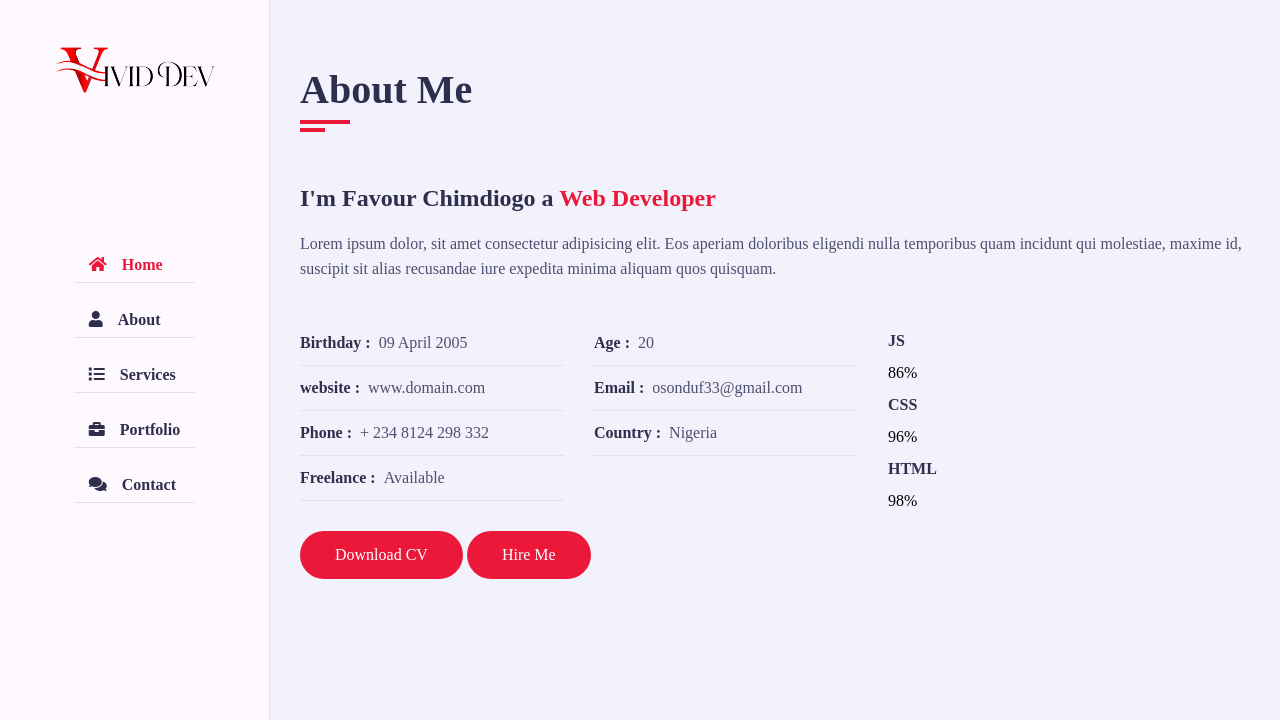
Repository: Big-Fave1/vivid-dev-portfolio
Page: build/index.html
An editor plug-in stored every save of this project. The page is shown before and after the next save, followed by the edit.
The browser window is 1280 px wide. The pictures show the whole page.
Some web fonts or font styles are not loaded; a fallback is used.

Above is the page before, as saved 2025-05-30 14:25:02.

### build/index.html
<!DOCTYPE html>
<html lang="en">
<head>
    <meta charset="UTF-8">
    <meta name="viewport" content="width=device-width, initial-scale=1.0">
    <title>Vivid Dev Portfolio</title>
    <link rel="stylesheet" href="css/style.css">
    <link rel="stylesheet" href="css/color-1.css">
    <link rel="stylesheet" href="https://cdnjs.cloudflare.com/ajax/libs/font-awesome/5.15.4/css/all.min.css">
</head>
<body>
    <!--- ==== main container Start==== -->
    <div class="main-container"></div>
    <!--- ==== Aside Start === -->
    <div class="aside">
        <div class="logo">
        <a href="#"><img src="img/vivid 3.png" alt=""></a>
        </div>
        <div class="nav-toggler">
            <i class="fa fa-bars" aria-hidden="true"></i>
        </div>
        <ul class="nav">
            <li><a href="#" class="active"><i class="fa fa-home"></i>Home</a></li>
            <li><a href="#"><i class="fa fa-user"></i>About</a></li>
            <li><a href="#"><i class="fa fa-list"></i>Services</a></li>
            <li><a href="#"><i class="fa fa-briefcase"></i>Portfolio</a></li>
            <li><a href="#"><i class="fa fa-comments"></i>Contact</a></li>
        </ul>
    </div>
    <!--- ==== Aside End === -->
    <!--- ==== Main content Start === -->
    <div class="main-content">
        <!--- === Home Section Start === -->
        <section class="home section hidden">
            <div class="container">
                <div class="row">
                    <div class="home-info padd-15">
                        <h3 class="hello">Hello, my name is <span class="name">Favour Chimdiogo</span></h3>
                        <h3 class="my-profession">I'm a <Span class="typing">Web Developer</Span></h3>
                        <p>I'm a web designer with extensive experience for over a year.My expertise is to create a website design, and many more...</p>
                    <a href="#contact" class="btn hire-me">Hire Me</a>
                    </div>
                    <div class="home-img padd-15">
                        <img src="img/home image.jpg" alt="">
                    </div>
                </div>
            </div>
        </section>
    <!--- === Home Section End === -->
    <!--- === About  Section Start === -->
        <section class="about section">
            <div class="container">
                <div class="row">
                    <div class="section-title padd-15">
                        <h2>About Me</h2>
                    </div>
                </div>
                <div class="row">
                    <div class="about-content padd-15">
                        <div class="row">
                            <div class="about-text padd-15">
                                <h3>I'm Favour Chimdiogo a <span>Web Developer</span></h3>
                                <p>Lorem ipsum dolor, sit amet consectetur adipisicing elit. Eos aperiam doloribus eligendi nulla temporibus quam incidunt qui molestiae, maxime id, suscipit sit alias recusandae iure expedita minima aliquam quos quisquam.</p>
                            </div>
                        </div>
                        <div class="row">
                            <div class="personal-info padd-15">
                                <div class="row">
                                    <div class="info-item padd-15">
                                        <p>Birthday : <span>09 April 2005</span></p>
                                    </div>
                                    <div class="info-item padd-15">
                                        <p>Age : <span>20</span></p>
                                    </div>
                                    <div class="info-item padd-15">
                                        <p>website : <span>www.domain.com</span></p>
                                    </div>
                                    <div class="info-item padd-15">
                                        <p>Email : <span>osonduf33@gmail.com</span></p>
                                    </div>
                                    <div class="info-item padd-15">
                                        <p>Phone : <span>+ 234 8124 298 332</span></p>
                                    </div>
                                    <div class="info-item padd-15">
                                        <p>Country : <span>Nigeria</span></p>
                                    </div>
                                    <div class="info-item padd-15">
                                        <p>Freelance : <span>Available</span></p>
                                    </div>
                                </div>
                                <div class="row">
                                    <div class="buttons padd-15">
                                        <a href="#" class="btn">Download CV</a>
                                        <a href="#contact" class="btn hire-me padd-15">Hire Me</a>
                                    </div>
                                </div>
                            </div>
                            <div class="skills padd-15">
                                <div class="row">
                                    <div class="skill-item  padd-15">
                                        <h5>JS</h5>
                                        <div class="progress">
                                            <div class="progress-in" style="width: 86%;"></div>
                                            <div class="skill-percent">86%</div>
                                        </div>
                                    </div>
                                    <div class="skill-item  padd-15">
                                        <h5>CSS</h5>
                                        <div class="progress">
                                            <div class="progress-in" style="width: 96%;"></div>
                                            <div class="skill-percent">96%</div>
                                        </div>
                                    </div>
                                    <div class="skill-item  padd-15">
                                        <h5>HTML</h5>
                                        <div class="progress">
                                            <div class="progress-in" style="width: 98%;"></div>
                                            <div class="skill-percent">98%</div>
                                        </div>
                                    </div>
                                </div>
                            </div>
                        </div>
                    </div>
                </div>
            </div>
        </section>
    <!--- === About  Section End === -->
    </div>
    <!--- ==== Main content End === -->
    <!--- ====main container End === -->
</body>
</html>

### build/css/style.css

@import url('https://fonts.googleapis.com/css2?family=Clicker+Script&family=Poppins:ital,wght@0,100;0,200;0,300;0,400;0,500;0,600;0,700;0,800;0,900;1,100;1,200;1,300;1,400;1,500;1,600;1,700;1,800;1,900&display=swap');


:root
{
    --bg-black-900:#f2f2fc;
    --bg-black-100:#fdf9ff;
    --bg-black-50:#e8dfec;
    --text-black-900:#302e4d;
    --text-black-700:#504e70;

}

body
{
    line-height:1.5;
    font-size:16px;
    font-family: 'Poppins'sans-serif;
}

*
{
    margin: 0;
    padding: 0;
    outline:none;
    text-decoration:none;
    text-decoration:none;
    box-sizing: border-box;
}
::before, ::after
{
    box-sizing:border-box;
}
ul
{
    list-style: none;
}
.section
{
    background:var(--bg-black-900);
    min-height: 100vh;
    display: block;
    padding: 0 30px;
    opacity: 1;
}
.hidden
{
    display: none !important;
}
.main-content
{
    padding-left: 270px;
}
.padd-15
{
    padding-left: 15px;
    padding-right: 15px;
}
.container{
    max-width: 1100px;
    width: 100%;
    margin: auto;
}
.section .container
{
    padding-top: 60px;
    padding-bottom: 70px;

}
.section-title
{
    flex: 0 0 100%;
    max-width: 100%;
    margin-bottom: 60px;

}
.section-title h2
{
    font-size: 40px;
    color: var(--text-black-900);
    font-weight: 700;
    position: relative;
}
.section-title h2::before
{
   content: '';
   height: 4px;
   width: 50px;
   background-color: var(--skin-color);
   position: absolute;
   top: 100%;
   left: 0;
}
.section-title h2::after
{
   content: '';
   height: 4px;
   width: 25px;
   background-color: var(--skin-color);
   position: absolute;
   top: 100%;
   left: 0;
   margin-top:8px;
}
.row
{
    display: flex;
    flex-wrap: wrap;
    margin-left: -15px;
    margin-right: -15px;
    position: relative;
}
.btn
{
    font-size: 16px;
    font-weight: 500;
    padding: 12px 35px;
    background: var(--skin-color);
    color: white;
    border: none;
    display: inline-block;
    white-space: nowrap;
    transition: all 0.3s ease;
    border-radius:40px;
}
.btn:hover
{
    transform: scale(1.05);
}
/* aside */
.aside
{
width: 270px;
background:var(--bg-black-100);
position: fixed;
left: 0;
top: 0;
padding: 30px;
height: 100%;
border-right:1px solid var(--bg-black-50);
z-index: 10;
display: flex;
justify-content: center;
align-items: center;
}
.aside .logo
{
    position: absolute;
    top: -30px;
    ;
}
.aside .logo a
{
    color: var(--bg-black-900);
    font-weight: 700;
    padding: 15px 20px;
    font-size: 30px;
    position: relative;
}
/*.aside .logo a span
.aside .logo a:before
{
    content:'';
    position: absolute;
    width: 20px;
    height: 20px;
    border-bottom: 5px solid var(--skin-color);
    border-left: 5px solid var(--skin-color);
    bottom: 0;
    left: 0;

}
.aside .logo a:after
{
    content:'';
    position: absolute;
    width: 20px;
    height: 20px;
    border-top: 5px solid var(--skin-color);
    border-right: 5px solid var(--skin-color);
    top: 0;
    right: 0;

}
    */
.aside .nav-toggler
{
    height: 40px;
    width: 45px;
    border: 1px solid var(--bg-black-50);
    cursor: pointer;
    position: fixed;
    left: 300px;
    top: 20px;
    color: var(--skin-color);
    border-radius: 5px;
    background:var(--bg-black-100);
    display: none;
    align-items:center;
    justify-content: center;
}
.aside .nav
{
    margin-top: 50px;
}
.aside .nav li
{
    margin-bottom: 20px;
    display: block;
}
.aside .nav li a
{
    font-size: 16px;
    font-weight: 600;
    display: block;
    border-bottom:1px solid var(--bg-black-50);
    color:var(--text-black-900);
    padding: 5px 15px;
}
.aside .nav li a.active
{
    color:var(--skin-color);
}
.aside .nav li a i
{
    margin-right: 15px;

}
/* home*/
.home
{
    min-height: 100vh;
    display: flex;
    color: var(--text-black-900);

}
.home-info
{
    flex: 0 60%;
    max-width: 60%;
}
h3.hello
{
    font-size: 28px;
    margin: 15PX 0;
}
h3.hello span
{
    font-family: 'clicker script', cursive;
    font-size: 30px;
    font-weight: 700;
    color:var(--skin-color);
}
h3.my-profession
{
    font-size:30px;
    margin: 15px 0;
}
.typing
{
    color: var(--skin-color);
}
.home-info p
{
    margin-bottom: 70px;
    font-size: 20px;
    color: var(--text-black-700);
}
.home .home-img
{
    flex: 0 0 40%;
    max-width: 40%;
    text-align: center;
    position: relative;
}
.home-img::after
{
    content: '';
    position: absolute;
    height: 80px;
    width: 80px;
    right: 20px;
    bottom: -40px;
    border-bottom: 10px solid var(--skin-color);
    border-right: 10px solid var(--skin-color);
}
.home-img::before
{
    content: '';
    position: absolute;
    height: 80px;
    width: 80px;
    left: -20px;
    top: -40px;
    border-top: 10px solid var(--skin-color);
    border-left: 10px solid var(--skin-color);
}
.home .home-img img
{
    margin: auto;
    border-radius:5px;
    height: 400px;
}
/* About */
.about .about-content
{
    flex: 0 0 100%;
    max-width: 100%;
}
.about .about-content .about-text
{
    flex: 0 0 100%;
    max-width: 100%;
}
.about .about-content .about-text h3
{
    font-size: 24px;
    margin-bottom: 15px;
    font-weight: 700;
    color:var(--text-black-900);
}
.about .about-content .about-text h3 span
{
    color:var(--skin-color);
}
.about .about-content .about-text p
{
    font-size:16px;
    line-height: 25px;
    color: var(--text-black-700);
}
.about .about-content .personal-info
{
    flex: 0 0 60%;
    max-width: 60%;
    margin-top: 40px;
}
.about .about-content .personal-info .info-item p
{
    font-weight: 600;
    padding: 10px 0;
    font-size: 16px;
    color: var(--text-black-900);
    border-bottom: 1px solid var(--bg-black-50);
}
.about .about-content .personal-info .info-item p span
{
    font-weight: 400;
    color: var(--text-black-700);
    margin-left: 4px;
    display: inline-block;
}
.about .about-content .personal-info .info-item
{
    flex: 0 0 50%;
    max-width: 50%;
}
.about .about-content .personal-info .buttons
{
    margin-top: 30px;

}
.about .about-content .personal-info .buttons.btn
{
    margin-right: 30px;
    margin-top: 10px;

}
.about .about-content .skills
{
    flex: 0 0 40%;
    max-width: 40%;
    margin-top: 40px;
}
.about .about-content .skills .skill-item
{
    flex: 0 0 100%;
    max-width: 100%;
}
.about .about-content .skills .skill-item h5
{

    line-height: 40px;
    font-weight: 600;
    font-size: 16px;
    color: var(--text-black-900);
    text-transform: capitalize;
}

### build/css/color-1.css

:root
{
    --skin-color:#ec1839;
}

After the next save:
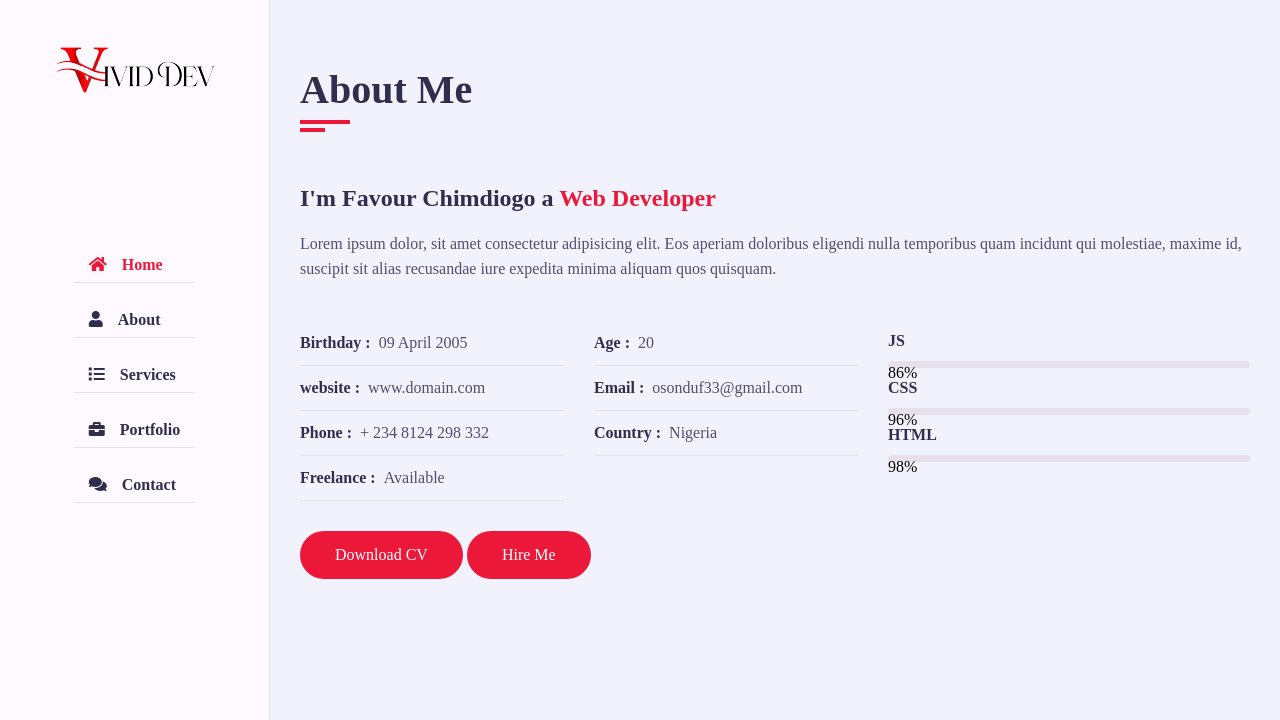
Saved 3 min 3 s later.
--- a/build/css/style.css
+++ b/build/css/style.css
@@ -387,3 +387,10 @@ h3.my-profession
     color: var(--text-black-900);
     text-transform: capitalize;
 }
+.about .about-content .skills .skill-item .progress
+{
+    background-color: var(--bg-black-50);
+    height: 7px;
+    border-radius:  4px;
+    width: 100%;
+}
